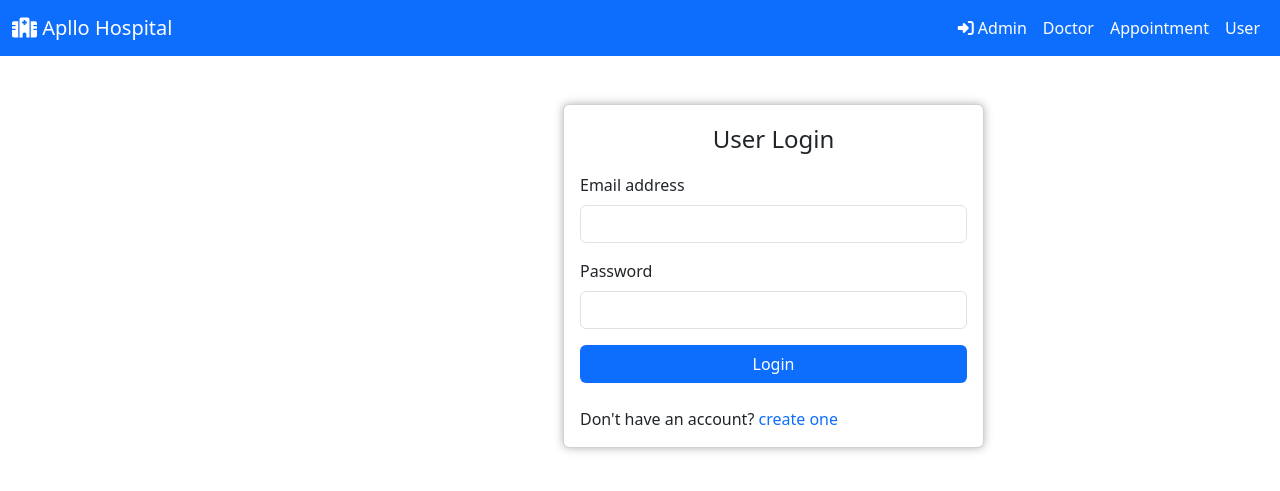
Repository: Subhadip09/Hospital-Management-System
Page: http://localhost/Hospital-Management-System/user_login.jsp
These files come from the project's save history. The page is drawn as it stood at one moment and after the next save; the edit follows.
The browser window is 1280 px wide. The pictures show the whole page.
The page is served by Tomcat 9.

Above is the page before, as saved 2024-04-06 05:32:18.

After the next save:
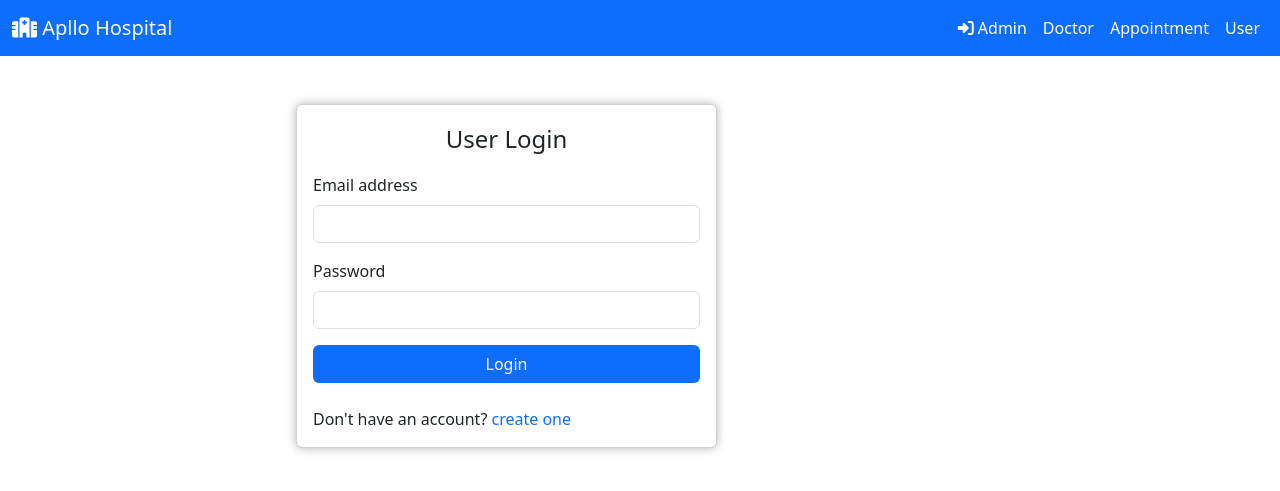
Saved 28 s later.
--- a/Hospital-Management-System/src/main/webapp/user_login.jsp
+++ b/Hospital-Management-System/src/main/webapp/user_login.jsp
@@ -19,7 +19,7 @@
 
 	<div class="container p-5">
 		<div class="row">
-			<div class="col-md-5 offset-md-5">
+			<div class="col-md-5 offset-md-2">
 				<div class="card paint-card">
 					<div class="card-body">
 						<p class="fs-4 text-center">User Login</p>
